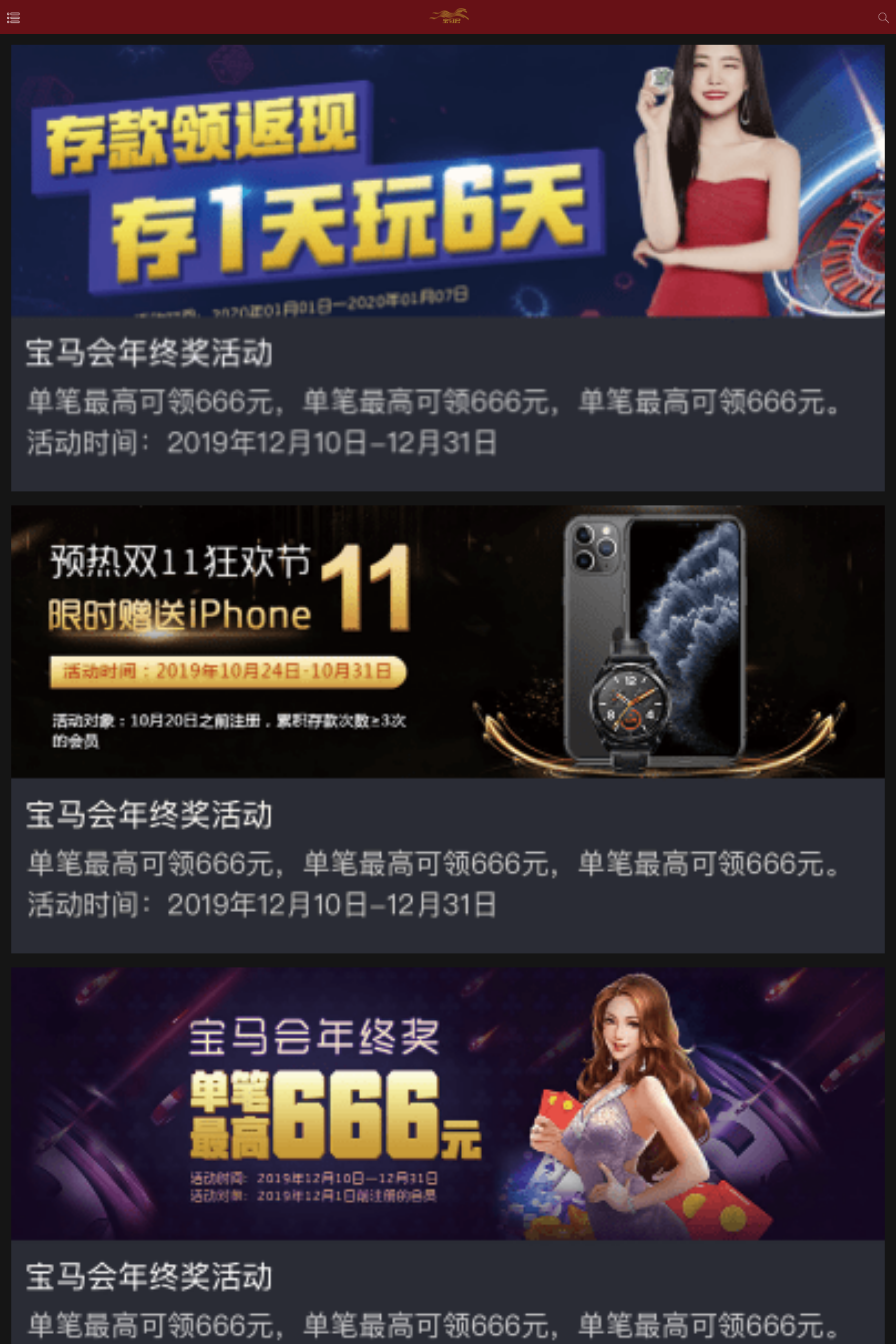
Repository: ada6688/IntegralMall
Page: /Youhui
The author's editor kept a copy of each file at every save. The page is drawn from the files as they stood at one save, then again after the next save.
The browser window is 1280 px wide. The pictures show the part of the page from y = 0 to 1920 px (the page is 2684 px tall), at 70% of full size.
The project was rebuilt for these pictures with package versions that can differ from the ones it lists, and the page was loaded fresh each time. Also part of the build but not shown: src/components/page/notice.vue, src/components/page/shouye.vue, src/components/page/Member.vue, src/components/page/Vip.vue, src/components/member/jifen.vue, src/router/index.js.

Above is the page before, as saved 2020-01-06 13:59:09.

### index.html
<!DOCTYPE html>
<html>
  <head>
    <meta charset="utf-8">
    <meta name="viewport" content="width=device-width,initial-scale=1.0">
    <title>integralmall</title>
  </head>
  <body>
    <div id="app"></div>
    <!-- built files will be auto injected -->
  </body>
</html>

### src/main.js
// The Vue build version to load with the `import` command
// (runtime-only or standalone) has been set in webpack.base.conf with an alias.
import Vue from 'vue'
import App from './App'
import router from './router'
import ElementUI from 'element-ui'
import 'element-ui/lib/theme-chalk/index.css'
import '../src/assets/css/common.css'
import '../src/assets/css/index.css'
import 'swiper/dist/css/swiper.css'
import {Cell, CellGroup, Tabbar, TabbarItem, PullRefresh, Stepper, Tab, Tabs, Button, Row, Col, Swipe, SwipeItem, Lazyload, List, Field, NavBar} from 'vant'
import VueAwesomeSwiper from 'vue-awesome-swiper'
// import BScroll from 'better-scroll'

// Vue.use(BScroll)
Vue.use(VueAwesomeSwiper)
Vue.use(ElementUI)
Vue.use(Cell).use(CellGroup).use(Tabbar).use(TabbarItem).use(Stepper).use(PullRefresh).use(Tab).use(Tabs).use(Field).use(NavBar).use(Button).use(Row).use(Col).use(Swipe).use(SwipeItem).use(Lazyload).use(List)

Vue.config.productionTip = false

/* eslint-disable no-new */
new Vue({
  el: '#app',
  router,
  components: {
    App
  },
  template: '<App/>'
})
router.beforeEach((to, from, next) => {
  let str1 = '<p>个人中心</p>'
  if (to.meta.title) {
    document.getElementById('top-logo-change').innerHTML = to.meta.title
    if (to.meta.title === str1) {
      document.getElementById('top-nav-right').innerHTML = '<img src="/static/topnav/kf.png" alt="搜索">'
    } else {
      document.getElementById('top-nav-right').innerHTML = '<img src="/static/topnav/ss.png" alt="搜索">'
    }
    // document.title = to.meta.title
  }
  next()
})

### src/App.vue
<template>
  <div id="app">
    <TopNav></TopNav>
    <router-view/>
  </div>
</template>

<script>
import TopNav from '@/components/common/Topnav'
export default {
  name: 'App',
  components: {
    TopNav
  }
}
</script>

<style>
#app {
  font-family: 'Avenir', Helvetica, Arial, sans-serif;
  -webkit-font-smoothing: antialiased;
  -moz-osx-font-smoothing: grayscale;
  text-align: center;
  color: #2c3e50;
  background: #151515;
  height: 100vh;
}
</style>

### src/assets/css/common.css
body,p,ul{
  margin: 0;
  padding: 0;
}
li{
  list-style: none;
}
/* 顶部栏 */
.top-nav{
  width: 100%;
  height: 3rem;
  line-height: 3.5rem;
  background-color: #671116;
  position: fixed;
  top: 0;
  z-index: 99;
}
.top-nav-logo{
  color: #B58024;
}
.top-nav > div{
  display: inline-block;
  height: 100%;
}
.top-nav-left{
  float: left;
  margin-left: 10px;
}
.top-nav-right{
  float: right;
  margin-right: 10px;
}
.banner-item > img{
  width: 100%;
}
.swiper-container{
  height: 7.28rem;
}
.top-nav-t{
  color: #B58024;
}
/* 每个一级页面共有class */
.main-wrap{
  margin-top: 3rem;
  margin-bottom: 3.125rem;
  background: #151515;
}
/* 公告 */
.Notice-sign{
  width: 2rem;
  height: 100%;
  background: url('../images/topnav/lb.png') center no-repeat;
  float: left;
  box-shadow: 1px 0px 5px rgba(0,0,0,0.8);
}
.Notice-textBox {
  width: 100%;
  height: 1.3rem;
  line-height: 1.3rem;
  font-size: .5rem;
  color: #999999;
  background: #2A2D36;
  overflow: hidden;
  position: relative;
  text-align: left;
  z-index: 9;
}
.Notice-text {
  width: 100%;
  padding-left: 42px;
  position: absolute;
  bottom: 0;
}
.slide-enter-active, .slide-leave-active {
  transition: all 0.5s linear;
}
.slide-enter{
  transform: translateY(20px) scale(1);
  opacity: 1;
}
.slide-leave-to {
  transform: translateY(-20px) scale(0.8);
  opacity: 0;
}
/* 底部导航 */
.bottom-tab{
  width:100%;
  height:3.125rem;
  background-color:#2A2D36;
  border-top: 1px solid #656666;
  position: fixed;
  left:0px;
  bottom:0px;
}
.tab-item{
  width: 20%;
  float: left;
  align-items:center;
  justify-content:center;
  font-size:14px;
  color:#666;
  z-index: 999;
}
.NavSigh{
    width:33px;
    margin-top:3px;
}
.on{
  color:#b58023;
}

### src/assets/css/index.css
/****************** 首页商品 *****************/
.products-item{
  width: 46.9%;
  height: 100px;
  padding-right: 2.9%;
  border-right: 1px solid #161616;
  border-bottom: 1px solid #161616;
  background: #292C35;
  float: left;
}
.products-item-even{
  width: 46.9%;
  height: 100px;
  border-bottom: 1px solid #161616;
  background: #292C35;
  padding-left: 2.9%;
  float: left;
}
.product-item-text{
  width: 50%;
  height: 70px;
  color: #ffffff;
  margin-top: 15px;
  float: left;
  text-align: left;
}
.product-item-text p{
  height: 43px;
  font-size: 15px;
  margin-bottom: 5px;
  display: -webkit-box;/*作为弹性伸缩盒子模型显示*/
  -webkit-line-clamp: 2; /*显示的行数；如果要设置2行加...则设置为2*/
  overflow: hidden; /*超出的文本隐藏*/
  text-overflow: ellipsis; /* 溢出用省略号*/
  -webkit-box-orient: vertical;
}
.product-item-text span{
  color: #B58024;
  font-size: 13px;
}
.product-item-img{
  width: 12%;
  height: 100px;
  display: table-cell;
  vertical-align: middle;
  /* float: left; */
}
.product-item-img img{
  max-width: 100%;
}
/******************* 优惠 *******************/
.yh-wrap div{
  padding: 1rem 1rem 0 1rem;
}
.yh-wrap img{
  width: 100%;
}
/******************* VIP *******************/
.level-welfare-wrap, .level-require-wrap{
  padding-bottom: 20px;
}
.VipTop-level-sign{
  display: inline-block;
}
.VipTop-level-text{
  position: absolute;
  bottom: -5px;
}
.vip-level-wrap ul li{
  float: left;
  width: 33.33%;
  height: 79px;
}
.vip-level-wrap ul div{
  width: 34px;
  height: 34px;
  border: 1px solid #CCCCCC;
  border-radius: 17px;
  margin-bottom: 9px;
  display: inline-block;
  vertical-align: middle;
}
.vip-level-wrap ul img{
  margin-top: 7px;
}
.vip-level-wrap ul li>p{
  color: #CCCCCC;
  font-size: 13px;
}
.Vip-level-T{
  color: #ffffff;
  font-size: 16px;
  font-weight: bold;
  text-align: left;
  padding: 15px 0 10px 17px;
  background: #2A2C35;
}
.Vip-level-tips{
  color: #F5BF1B;
  font-size: 13px;
  text-align: left;
  padding: 15px 20px 10px 17px;
  background: #2A2C35;
}
.level-rules-wrap{
  color: #CCCCCC;
  font-size: 12px;
  background: #2A2C35;
  text-align: left;
  padding: 15px 17px 16px 17px;
  margin-bottom: 50px;
}
.level-rules-wrap span{
  font-size: 16px;
  color: #ffffff;
  display: inline-block;
  margin-bottom: 9px;
}
.level-rules-wrap p{
  line-height: 24px;
  /* margin-top: 5px; */
}
.level-rules-wrap p:last-child{
  margin-bottom: 10px;
}
/******************* 个人中心 *******************/
.member-half-circle{
  width: 111%;
  height: 31%;
  border-radius: 50%;
  position: fixed;
  top: -13%;
  background: #661115;
  left: -5.8%;
  z-index: 0;
}
.member-wrap{
  padding-top: 10%;
  z-index: 1;
}
.member-person-info{
  position: relative;
}
.member-img > img{
  width: 7vh;
  height: 7vh;
  border-radius: 100%;
  border: 2px solid #CCCCCC;
}
.member-name{
  color: #ffffff;
  font-size: 16px;
  position: relative;
}
.member-name img{
  position: absolute;
  margin-left: 5px;
  bottom: 8px;
}
.member-level-sign{
  margin: 8px 0 10px 0;
}
.member-integral{
  text-align: center;
}
.member-integral-slice{
  display: inline-block;
  color: #666666;
  margin: 0 15px;
}
.member-integral span{
  font-size: 13px;
  color: #ffffff;
}
.member-integral p{
  font-size: 13px;
  color: #666666;
  display: inline-block;
}
.member-total{
  width: 42%;
  display: inline-block;
  text-align: right;
}
.member-useful{
  width: 42%;
  display: inline-block;
  text-align: left;
}
.member-signIn{
  background: #2A2C35;
  padding: 15px 1rem 1rem 1rem;
  margin: 16px 0;
}
.member-signIn-status-1{
  width: 12%;
  text-align: left;
  display: inline-block;
}
.member-signIn-in{
  color: #666666;
  font-size: 12px;
  margin-bottom: 5px;
}
.member-signIn-date{
  color: #999899;
  font-size: 13px;
  margin-top: 5px;
}
.member-signIn-date-active{
  color: #B58024;
  font-size: 13px;
  margin-top: 5px;
}
.el-icon-success{
  color: #34363D;
}
.member-signIn-line{
  width: 84%;
  height: 3px;
  display: inline-block;
  background: #34363D;
  margin: 0 -34px 3px -6px;
}
.member-signIn-icon-active{
  color: #B58024 !important;
}
.member-signIn-active{
  background: #B58024 !important;
}
.member-signIn-tips{
  font-size: 12px;
  text-align-last: justify;
  padding: 0 5%;
  margin-top: 10px;
}
.member-signIn-tips p{
  display: inline-block;
}
.member-signIn-tips p:first-child{
  color: #666666;
}
.member-signIn-tips p:last-child{
  color: #B58024;
}
.member-signIn-button{
  width:200px;
  height:26px;
  line-height: 26px;
  color: #ffffff;
  font-size: 15px;
  margin: 0 auto;
  background:linear-gradient(0deg,rgba(181,128,36,1) 26%,rgba(231,174,75,1) 100%);
  margin-top: 10px;
}
.member-more-detail{
  width: 92%;
  line-height: 44px;
  color: #ffffff;
  background: #2A2C35;
  padding: 0 4%;
}
.member-jifen,.member-duihuan,.member-guanyu,.member-yiwen,.member-guize{
  height: 44px;
  border-bottom: 1px solid #373B45;
}
.member-jifen-T{
  font-size: 14px;
  float: left;
  margin-right: 66%;
}
.el-icon-arrow-right{
  width: 7px;
  height: 7px;
  position: absolute;
  right: 20px;
  margin-top: 12px;
}

### src/components/common/Topnav.vue
<template>
  <div class="top-nav">
    <div class="top-nav-left">
      <img src="../../assets/images/topnav/cd.png" alt="菜单">
    </div>
    <div id="top-logo-change" class="top-nav-logo">
      <img src="../../assets/images/topnav/logo.png" alt="logo">
    </div>
    <div id="top-nav-right" class="top-nav-right">
      <img src="../../assets/images/topnav/ss.png" alt="搜索">
    </div>
  </div>
</template>
<script>
export default {
  data () {
    return {
      tabBarImgArr: [
        {normal: require('../../assets/images/topnav/logo.png')},
        {normal: require('../../assets/images/topnav/ss.png')},
        {normal: require('../../assets/images/topnav/cd.png')}
      ]
    }
  }
}
</script>
<style>

</style>

### src/components/page/Youhui.vue
<template>
  <div class="yh-wrap main-wrap">
    <div><img src="../../assets/images/yh/yh-banner.png" alt=""></div>
    <div><img src="../../assets/images/yh/yh2-banner.png" alt=""></div>
    <div><img src="../../assets/images/yh/yh3-banner.png" alt=""></div>
    <div><img src="../../assets/images/yh/yh-banner.png" alt=""></div>
  </div>
</template>
<script>
export default {
  name: 'App',
  components: {
  }
}
</script>
<style>

</style>

### src/components/common/Bottomnav.vue
<template>
  <div class="bottom-tab">
    <div class="tab-item" @click="switchTo('/shouye')">
      <img class="NavSigh" :src="'/shouye' === $route.path ? tabBarImgArr[0].selected : tabBarImgArr[0].normal" alt="首页">
      <p :class="{on: '/shouye' === $route.path}">首页</p>
    </div>
    <div class="tab-item" @click="switchTo('/Youhui')">
      <img class="NavSigh" :src="'/Youhui' === $route.path ? tabBarImgArr[1].selected : tabBarImgArr[1].normal" alt="推荐">
      <p :class="{on: '/Youhui' === $route.path}">优惠</p>
    </div>
    <div class="tab-item">
      <img class="NavSigh" :src="'/' === $route.path ? tabBarImgArr[2].selected : tabBarImgArr[2].normal" alt="搜索">
      <p :class="{on: '/' === $route.path}">官网</p>
    </div>
    <div class="tab-item" @click="switchTo('/Vip')">
      <img class="NavSigh" :src="'/Vip' === $route.path ? tabBarImgArr[3].selected : tabBarImgArr[3].normal" alt="聊天">
      <p :class="{on: '/Vip' === $route.path}">VIP</p>
    </div>
    <div class="tab-item" @click="switchTo('/Member')">
      <img class="NavSigh" :src="'/Member' === $route.path ? tabBarImgArr[4].selected : tabBarImgArr[4].normal" alt="我的">
      <p :class="{on: '/Member' === $route.path}">我的</p>
    </div>
  </div>
</template>
<script>
export default {
  data () {
    return {
      tabBarImgArr: [
        {normal: require('../../assets/images/navLogo/sy_x.png'), selected: require('../../assets/images/navLogo/sy.png')},
        {normal: require('../../assets/images/navLogo/yh_x.png'), selected: require('../../assets/images/navLogo/yh.png')},
        {normal: require('../../assets/images/navLogo/gw_x.png'), selected: require('../../assets/images/navLogo/gw.png')},
        {normal: require('../../assets/images/navLogo/zs_x.png'), selected: require('../../assets/images/navLogo/zs.png')},
        {normal: require('../../assets/images/navLogo/wd_x.png'), selected: require('../../assets/images/navLogo/wd.png')}
      ]
    }
  },
  methods: {
    switchTo (path) {
      this.$router.replace(path)
    }
  }
}
</script>
<style>

</style>

After the next save:
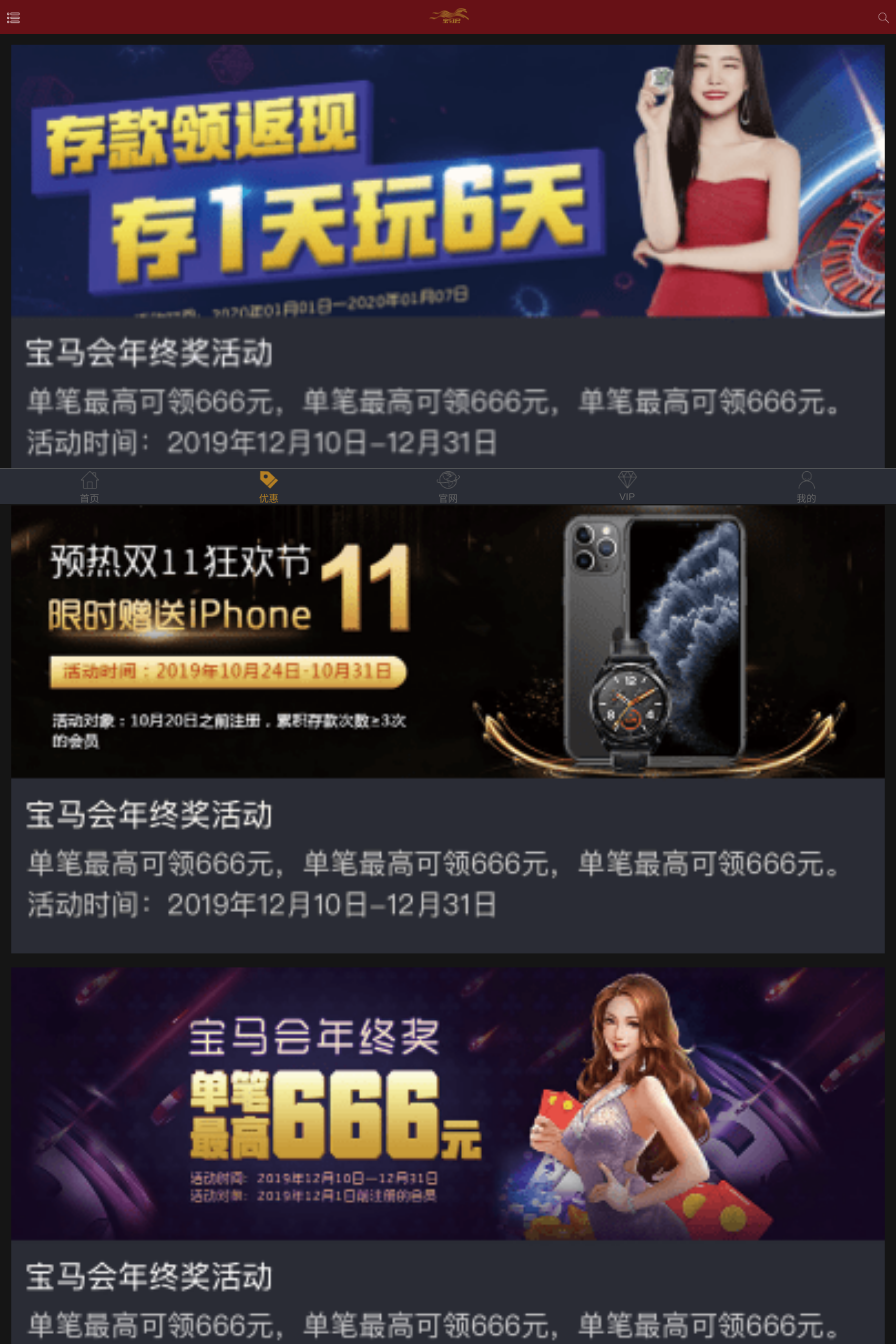
Saved 48 s later.
--- a/src/components/page/Youhui.vue
+++ b/src/components/page/Youhui.vue
@@ -1,15 +1,21 @@
 <template>
-  <div class="yh-wrap main-wrap">
-    <div><img src="../../assets/images/yh/yh-banner.png" alt=""></div>
-    <div><img src="../../assets/images/yh/yh2-banner.png" alt=""></div>
-    <div><img src="../../assets/images/yh/yh3-banner.png" alt=""></div>
-    <div><img src="../../assets/images/yh/yh-banner.png" alt=""></div>
+  <div>
+    <div class="yh-wrap main-wrap">
+      <div><img src="../../assets/images/yh/yh-banner.png" alt=""></div>
+      <div><img src="../../assets/images/yh/yh2-banner.png" alt=""></div>
+      <div><img src="../../assets/images/yh/yh3-banner.png" alt=""></div>
+      <div><img src="../../assets/images/yh/yh-banner.png" alt=""></div>
+    </div>
+    <BottomNav></BottomNav>
   </div>
 </template>
 <script>
+import BottomNav from '@/components/common/Bottomnav'
+
 export default {
   name: 'App',
   components: {
+    BottomNav
   }
 }
 </script>
